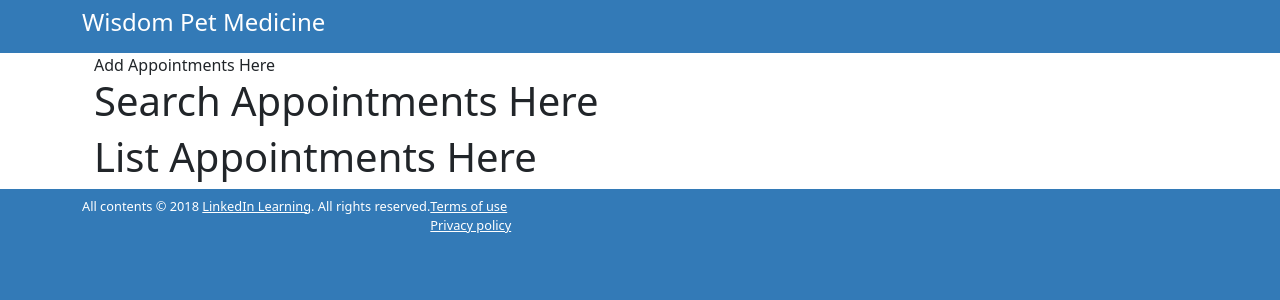
Repository: DevLuDaley/reactinterface
Page: /
These files come from the project's save history. The page is drawn as it stood at one moment and after the next save; the edit follows.
The browser window is 1280 px wide. The pictures show the whole page.
The project was rebuilt for these pictures with package versions that can differ from the ones it lists, and the page was loaded fresh each time. Also part of the build but not shown: src/css/App.css.

Above is the page before, as saved 2021-02-04 16:14:59.

### public/index.html
<!DOCTYPE html>
<html lang="en">
  <head>
    <meta charset="utf-8" />
    <link rel="icon" href="%PUBLIC_URL%/favicon.ico" />
    <meta name="viewport" content="width=device-width, initial-scale=1" />
    <meta name="theme-color" content="#000000" />
    <meta
      name="description"
      content="Web site created using create-react-app"
    />
    <link rel="apple-touch-icon" href="%PUBLIC_URL%/logo192.png" />
    <!--
      manifest.json provides metadata used when your web app is installed on a
      user's mobile device or desktop. See https://developers.google.com/web/fundamentals/web-app-manifest/
    -->
    <link rel="manifest" href="%PUBLIC_URL%/manifest.json" />
    <!--
      Notice the use of %PUBLIC_URL% in the tags above.
      It will be replaced with the URL of the `public` folder during the build.
      Only files inside the `public` folder can be referenced from the HTML.

      Unlike "/favicon.ico" or "favicon.ico", "%PUBLIC_URL%/favicon.ico" will
      work correctly both with client-side routing and a non-root public URL.
      Learn how to configure a non-root public URL by running `npm run build`.
    -->
    <title>React App</title>
  </head>
  <body>
    <noscript>You need to enable JavaScript to run this app.</noscript>
    <header class="container text-white">
      <h4 class="py-2">Wisdom Pet Medicine</h4>
    </header>

    <div id="root"></div>

    <footer class="container d-flex text-white py-2">
      <p>
        All contents &copy; 2018
        <a href="https://www.linkedin.com/learning">LinkedIn Learning</a>. All
        rights reserved.
      </p>
      <div class="ml-auto">
        <a class="d-block text-white" href="#">Terms of use</a>
        <a class="d-block text-white" href="#">Privacy policy</a>
      </div>
      <!-- col-md-6 -->
    </footer>
    <!-- footer -->
  </body>
</html>

### src/index.js
import React from 'react';
import ReactDOM from 'react-dom';
import 'bootstrap/dist/css/bootstrap.css'
import './css/index.css';
import App from './components/App';
import reportWebVitals from './reportWebVitals';
// import * as serviceWorker from './serviceWorker';
import 'jquery/dist/jquery'
import 'popper.js/dist/umd/popper'
import 'bootstrap/dist/js/bootstrap'

ReactDOM.render(
  <React.StrictMode>
    <App />
  </React.StrictMode>,
  document.getElementById('root')
);

// If you want to start measuring performance in your app, pass a function
// to log results (for example: reportWebVitals(console.log))
// or send to an analytics endpoint. Learn more: https://bit.ly/CRA-vitals
// serviceWorker.unregister()
reportWebVitals();

### src/components/App.js
import '../css/App.css';
import AddAppointments from './AddAppointments';
import SearchAppointments from './SearchAppointments';
import ListAppointments from './ListAppointments';

function App() {
  return (
    // <div className="App">
            <main className="page bg-white" id="petratings">
        <div className="container">
          <div className="row">
            <div className="col-md-12 bg-white">
              <div className="container">
                <div> <AddAppointments /> </div>
                <div> <SearchAppointments /> </div>
                <div> <ListAppointments /> </div>
              </div>
            </div>
          </div>
        </div>
      </main>
    // </div>
  );
}

export default App;

### src/components/AddAppointments.js
import React, { Component } from 'react'

class AddAppointments extends Component {
    constructor(props) {
        super(props);
        this.state = {  }
    }
    render() {
        return (
            <div>
                Add Appointments Here
            </div>
         );
    }
}

export default AddAppointments;

### src/components/SearchAppointments.js
import React, { Component } from 'react'
class SearchAppointments extends Component {
    constructor(props) {
        super(props);
        this.state = {  }
    }
    render() {
        return (
        <div>
            <h1>  Search Appointments Here  </h1>
        </div>
        );
    }
}

export default SearchAppointments;

### src/components/ListAppointments.js
import React, { Component } from 'react'

class ListAppointments extends Component {
    constructor(props) {
        super(props);
        this.state = {  }
    }
    render() {
        return (
        <div>
            <h1>List Appointments Here</h1>
        </div>
        );
    }
}

export default ListAppointments;

Loaded but not shown: src/css/index.css (common file); src/reportWebVitals.js (common file)

After the next save:
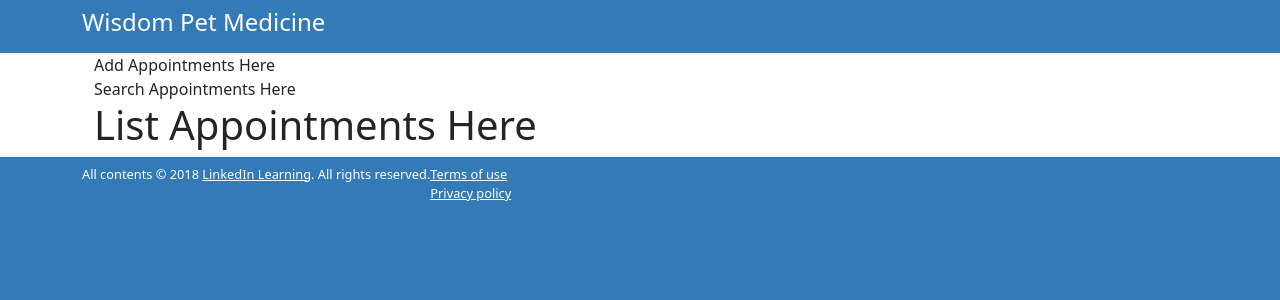
Saved 37 s later.
--- a/src/components/SearchAppointments.js
+++ b/src/components/SearchAppointments.js
@@ -7,7 +7,7 @@ class SearchAppointments extends Component {
     render() {
         return (
         <div>
-            <h1>  Search Appointments Here  </h1>
+            Search Appointments Here
         </div>
         );
     }
